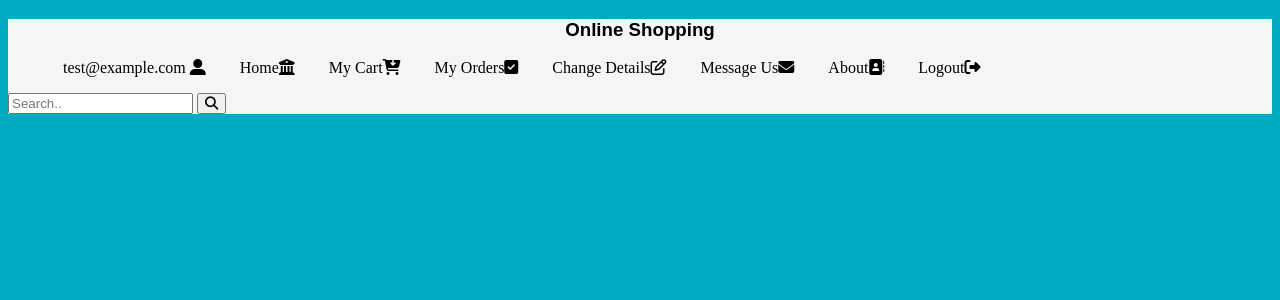
Repository: NidhiDaniel/E-Cart
Page: http://localhost/Online-Shopping-Cart/home.jsp
An editor plug-in stored every save of this project. The page is shown before and after the next save, followed by the edit.
The browser window is 1280 px wide. The pictures show the whole page.
Some web libraries are served in a nearby version. The page is served by Tomcat 9. The session is filled in as if someone had signed in: {"email": "test@example.com"}. Other server files are loaded and not shown.

Above is the page before, as saved 2024-01-06 09:15:02.

### Online-Shopping-Cart/src/main/webapp/home.jsp
<%@ page language="java" contentType="text/html; charset=ISO-8859-1"
    pageEncoding="ISO-8859-1"%>
<%@ include file="header.jsp" %>
<!DOCTYPE html>
<html>
<head>
<meta charset="ISO-8859-1">
<title>Home</title>
</head>
<body>

</body>
</html>

### Online-Shopping-Cart/src/main/webapp/header.jsp
<%@ page language="java" contentType="text/html; charset=ISO-8859-1"
	pageEncoding="ISO-8859-1"%>
<!DOCTYPE html>
<html>
<head>
<meta charset="ISO-8859-1">
<title>Insert title here</title>
<link rel="stylesheet" type="text/css" href="./css/header.css">
<link rel="stylesheet" href="https://cdnjs.cloudflare.com/ajax/libs/font-awesome/4.7.0/css/font-awesome.min.css">
<script src='https://kit.fontawesome.com/a076d05399.js' crossorigin='anonymous'></script>
</head>
<body>
	<div class="header">
	<% String email=session.getAttribute("email").toString(); %>

	   <h3>Online Shopping</h3>

		<ul>
		   <li><a href=""><% out.println(email); %><i class="fa fa-user-alt"></i></a></li>
			<li><a href="home.jsp">Home<i class="fa fa-institution"></i></a></li>
			<li><a href="">My Cart<i class="fa fa-cart-arrow-down"></i></a></li>
			<li><a href="">My Orders<i class="fa fa-check-square"></i></a></li>
			<li><a href="">Change Details<i class="fa fa-edit"></i></a></li>
			<li><a href="">Message Us<i class="fa fa-envelope"></i></a></li>
			<li><a href="">About<i class="fa fa-address-book"></i></a></li>
			<li><a href="">Logout<i class="fa fa-sign-out"></i></a></li>
		</ul>
        <div class="search-container">
        	<input type="text" placeholder="Search.." name="search">
      <button type="submit"><i class="fa fa-search"></i></button>
        </div>
	</div>
</body>
</html>

### Online-Shopping-Cart/src/main/webapp/css/header.css
@charset "ISO-8859-1";
body{
	background: #00ACC1;
}
.header{
	width: auto;
	height:auto;
	background: #f5f5f5;
}
.header ul li{
	list-style: none;
	display: inline-block;

}
.header h3{
	text-align: center;
	font-family: sans-serif;
	font-weight: 900;
}
.header ul li a{
	margin: 15px;
    text-decoration: none;
    color: black;
    font-weight: 500;
}

After the next save:
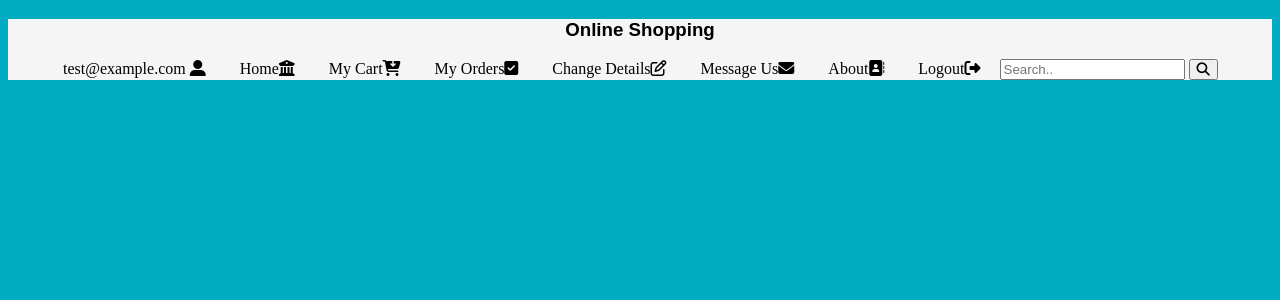
Saved 43 s later.
--- a/Online-Shopping-Cart/src/main/webapp/header.jsp
+++ b/Online-Shopping-Cart/src/main/webapp/header.jsp
@@ -24,11 +24,12 @@
 			<li><a href="">Message Us<i class="fa fa-envelope"></i></a></li>
 			<li><a href="">About<i class="fa fa-address-book"></i></a></li>
 			<li><a href="">Logout<i class="fa fa-sign-out"></i></a></li>
-		</ul>
-        <div class="search-container">
+			<li>
         	<input type="text" placeholder="Search.." name="search">
       <button type="submit"><i class="fa fa-search"></i></button>
-        </div>
+        </li>
+		</ul>
+
 	</div>
 </body>
 </html>
